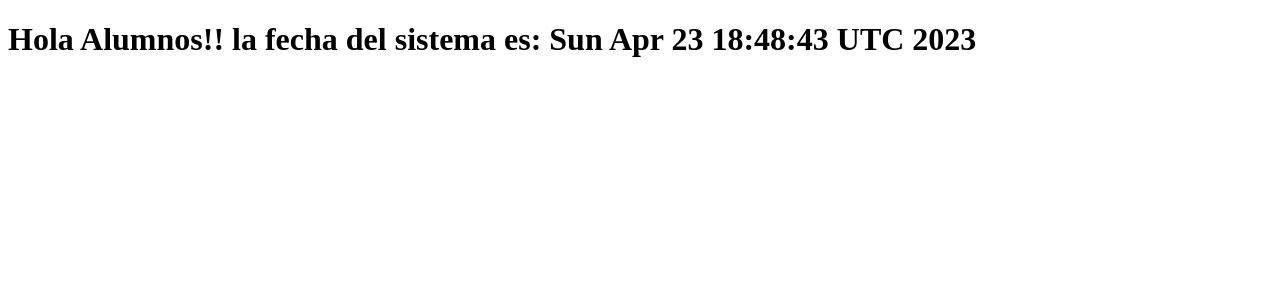
Repository: FernandoJFernandez/Curso-java-2022
Page: http://localhost/Primeros_pasos_JSP/saludo.jsp
An editor plug-in stored every save of this project. The page is shown before and after the next save, followed by the edit.
The browser window is 1280 px wide. The pictures show the whole page.
The page is served by Tomcat 9.

Above is the page before, as saved 2023-04-23 18:50:20.

After the next save:
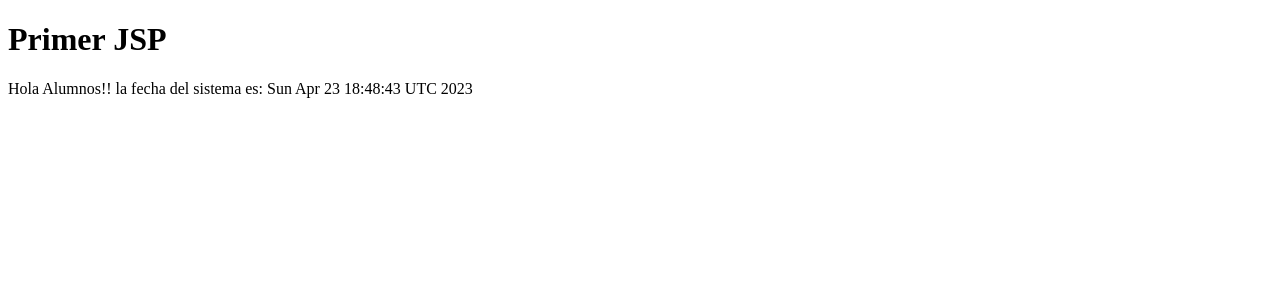
Saved 8 min 30 s later.
--- a/Primeros_pasos_JSP/src/main/webapp/saludo.jsp
+++ b/Primeros_pasos_JSP/src/main/webapp/saludo.jsp
@@ -7,6 +7,7 @@
 <title>Insert title here</title>
 </head>
 <body>
-	<h1>Hola Alumnos!! la fecha del sistema es: <%= new java.util.Date() %></h1>
+	<h1>Primer JSP</h1>
+	<p>Hola Alumnos!! la fecha del sistema es: <%= new java.util.Date() %></p>
 </body>
 </html>
